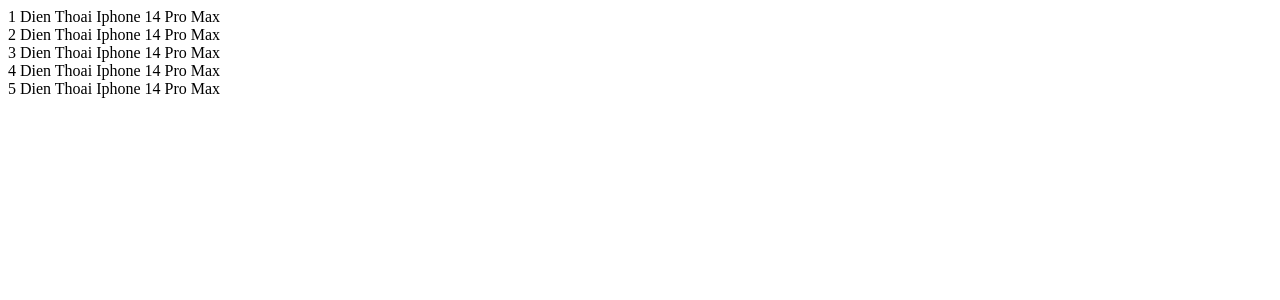
Repository: saiyagodvp/_java4
Page: http://localhost/slide4/product
These files come from the project's save history. The page is drawn as it stood at one moment and after the next save; the edit follows.
The browser window is 1280 px wide. The pictures show the whole page.
The page is served by Tomcat 9.

Above is the page before, as saved 2023-03-24 10:36:51.

After the next save:
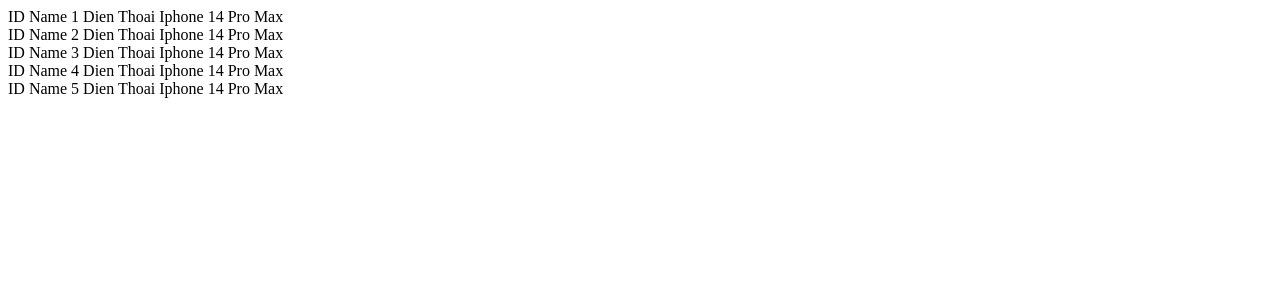
Saved 5 min 26 s later.
--- a/slide4/src/main/webapp/product/list.jsp
+++ b/slide4/src/main/webapp/product/list.jsp
@@ -20,6 +20,16 @@
 	%> --%>
 
 	<c:forEach items="${listProducts}" var="p">
+	<thead>
+		<th>
+			<td>
+				ID
+			</td>
+			<td>
+				Name
+			</td>
+		</th>
+	</thead>
 		<tr>
 			<td>${p.id}</td>
 			<td>${p.name}</td>
